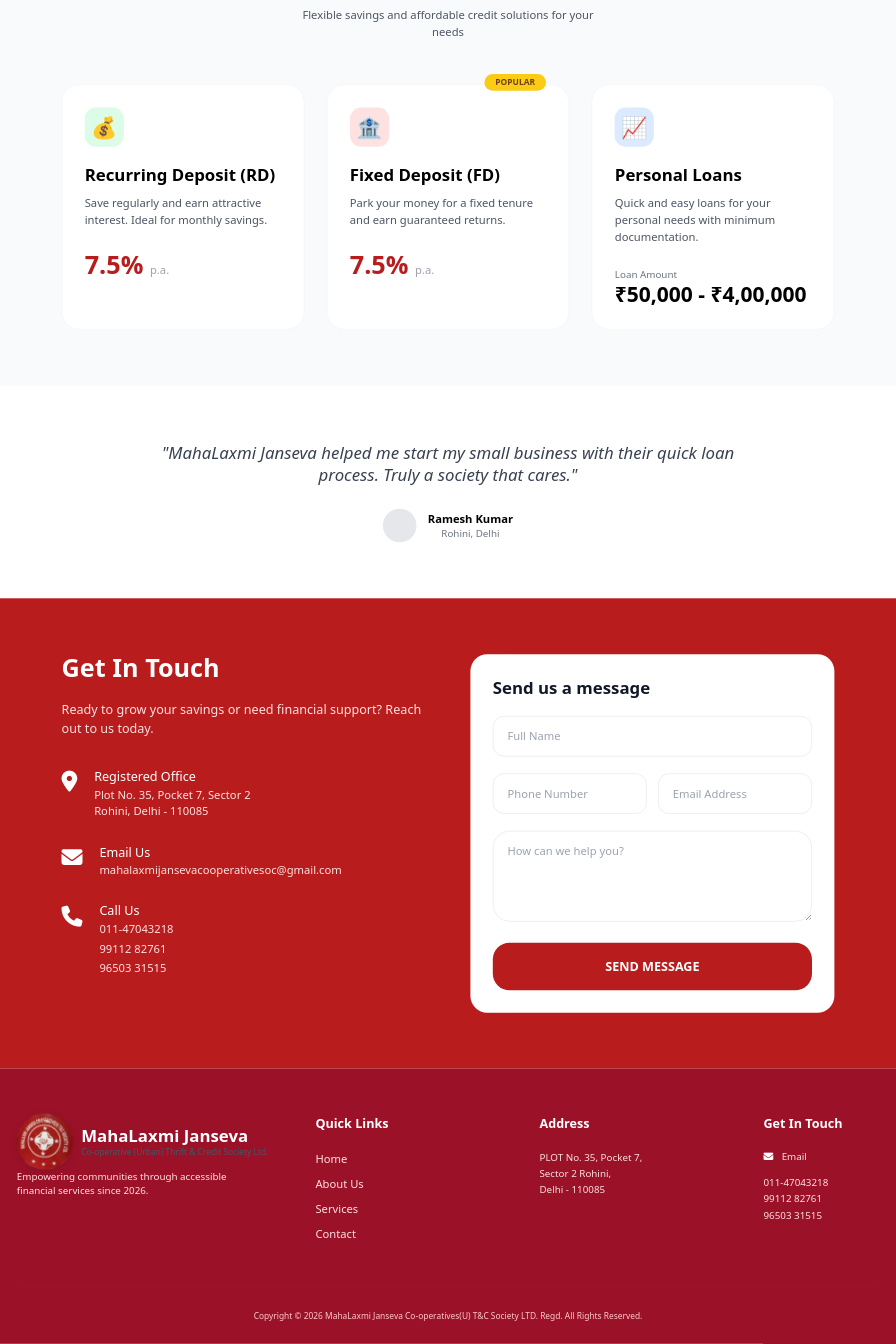
Repository: smritig537/Mahalaxmi
Page: Web.html
An editor plug-in stored every save of this project. The page is shown before and after the next save, followed by the edit.
The browser window is 1280 px wide. The pictures show the part of the page from y = 1764 to 3684 px (the page is 3684 px tall), at 70% of full size.
A picture or video elsewhere on the page could not be fetched, so the positions and the page height are approximate. Some web libraries are served in a nearby version.

Above is the page before, as saved 2026-05-25 01:07:24.

After the next save:
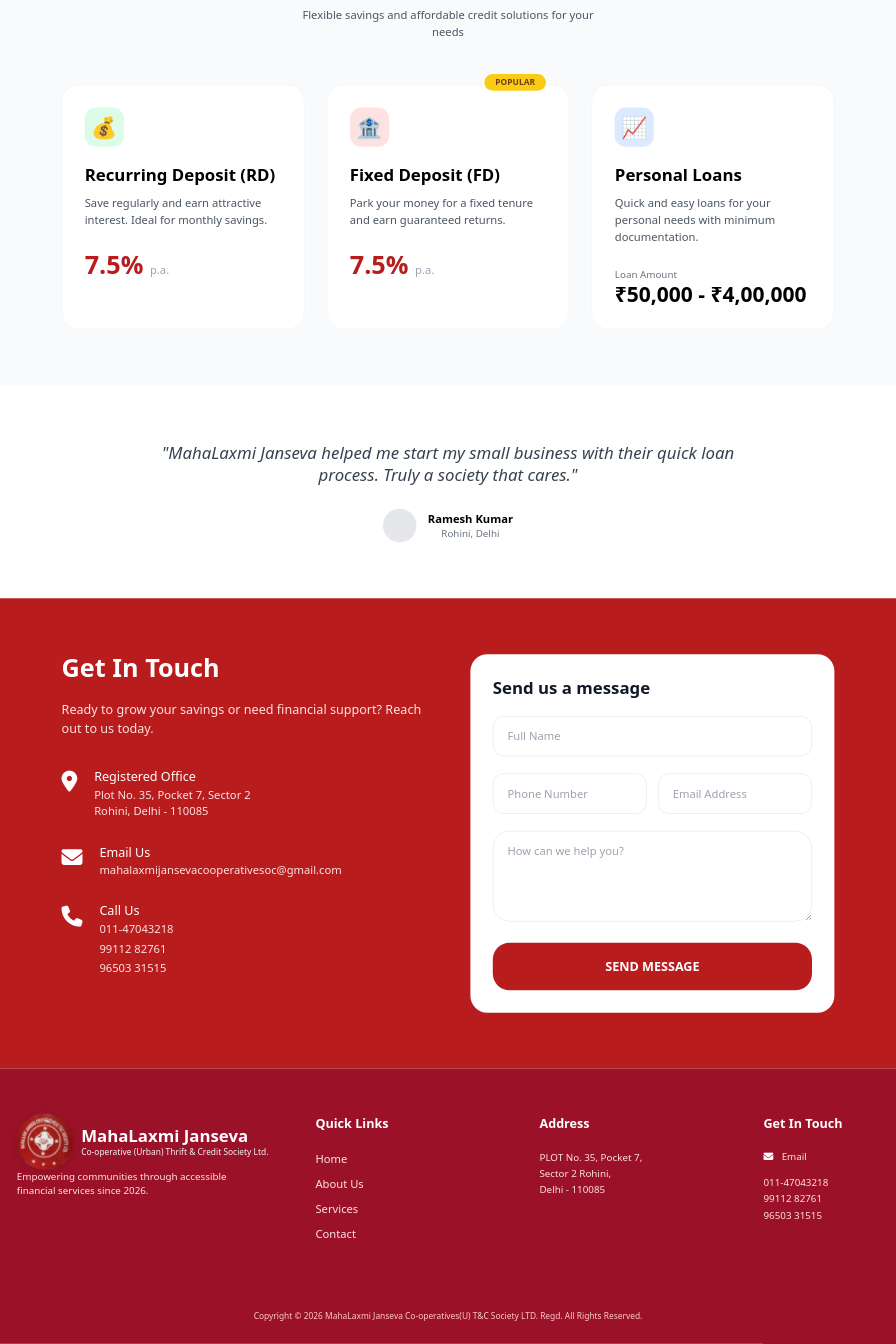
Saved 18 s later.
--- a/Web.html
+++ b/Web.html
@@ -358,7 +358,7 @@
                          class="logo-img w-20 h-20 object-contain">
                     <div>
                         <h1 class="text-2xl font-bold text-white-700 leading-tight">MahaLaxmi Janseva</h1>
-                        <p class="text-xs text-gray-600 font-medium">Co-operative (Urban) Thrift & Credit Society Ltd.</p>
+                        <p class="text-xs text-gray-100 font-medium">Co-operative (Urban) Thrift & Credit Society Ltd.</p>
                     </div>
                 </div>
                     <p class="text-red-100 text-sm max-w-xs">
